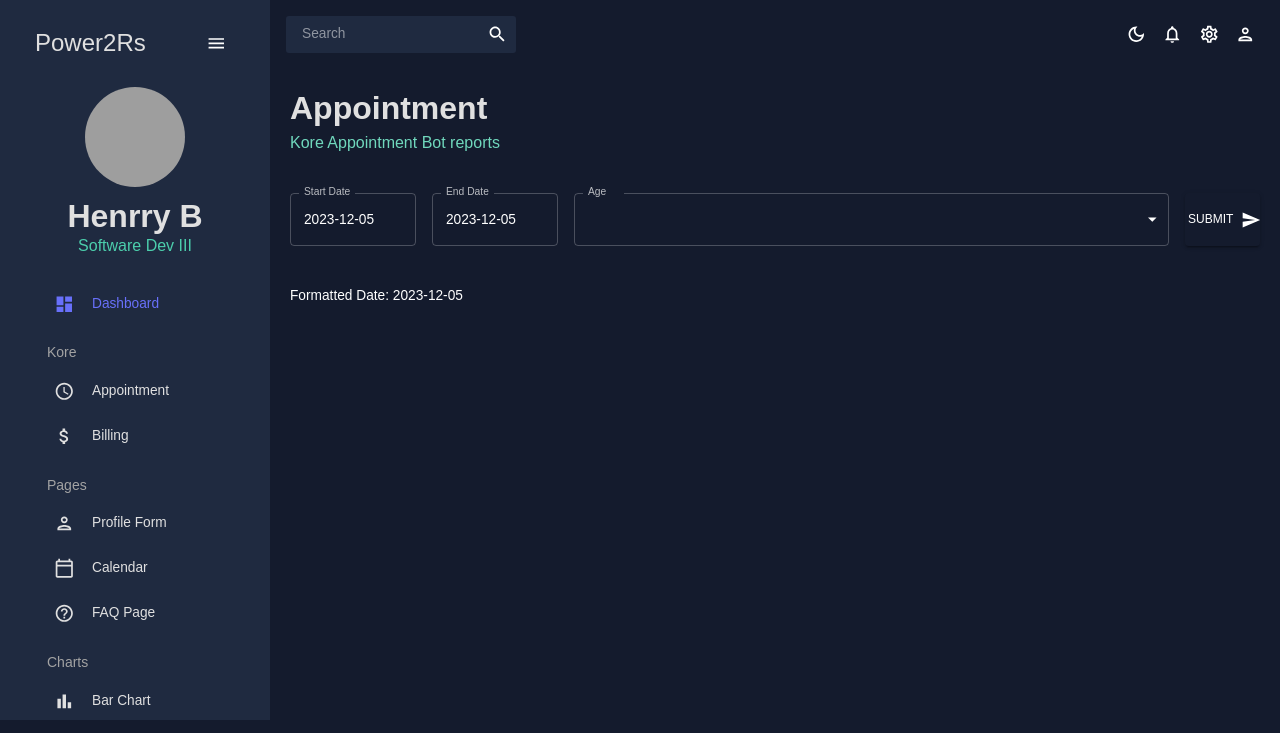
Repository: HenrryWith2Rs/reporthub
Page: /kore/appt (app in ui/)
An editor plug-in stored every save of this project. The page is shown before and after the next save, followed by the edit.
The browser window is 1280 px wide. The pictures show the whole page.
Pictures or frames that could not be fetched are drawn as grey boxes. The project was rebuilt for these pictures with package versions that can differ from the ones it lists, and the page was loaded fresh each time. Also part of the build but not shown: ui/vite.config.ts, ui/src/data/mockData.ts, ui/src/components/LineChart.tsx, ui/src/data/mockGeoFeatures.ts, ui/src/components/GeographyChart.tsx, ui/src/data/dataParser.ts, ui/src/components/BarChart.tsx, ui/src/components/ProgressCircle.tsx and 7 more.

Above is the page before, as saved 2023-12-06 19:10:52.

### ui/src/main.tsx
import React from 'react';
import ReactDOM from 'react-dom/client';
import { BrowserRouter } from 'react-router-dom';
import App from './App.tsx';
import './index.css';
import { LocalizationProvider } from '@mui/x-date-pickers';
import { AdapterDateFns } from '@mui/x-date-pickers/AdapterDateFns';
import { QueryClient, QueryClientProvider } from '@tanstack/react-query';
// import {ReactQueryDevtools} from "@tanstack/react-query-devtools"

const queryClient = new QueryClient();

ReactDOM.createRoot(document.getElementById('root')!).render(
  <React.StrictMode>
    <LocalizationProvider dateAdapter={AdapterDateFns}>
      <BrowserRouter>
        <QueryClientProvider client={queryClient}>
          <App />
        </QueryClientProvider>
      </BrowserRouter>
    </LocalizationProvider>
  </React.StrictMode>
);

### ui/src/App.tsx
import { Routes, Route } from 'react-router-dom';
import ThemeRegistry from './ThemeRegistry/ThemeRegistry';
import Topbar from './scenes/global/Topbar';
import Sidebar from './scenes/global/Sidebar';
import Dashboard from './scenes/dashboard';
import Appointment from './scenes/appointment';
import Bar from './scenes/bar';
import Pie from './scenes/pie';
import Line from './scenes/line';
import Geography from './scenes/geography';

function App() {
  return (
    <ThemeRegistry>
      <div className="app">
        <Sidebar />
        <main className="content">
          <Topbar />
          <Routes>
            <Route path="/" element={<Dashboard />} />
            <Route path="/kore/appt" element={<Appointment />} />
            <Route path="/bar" element={<Bar />} />
            <Route path="/pie" element={<Pie />} />
            <Route path="/line" element={<Line />} />
            <Route path="/geography" element={<Geography />} />
          </Routes>
        </main>
      </div>
    </ThemeRegistry>
  );
}

export default App;

### ui/src/index.css
@import url('https://fonts.googleapis.com/css2?family=Poppins:wght@300;400;500;600&family=Source+Code+Pro:wght@400;600;700&display=swap');

html,
body,
#root,
.app,
.content {
  height: 100%;
  width: 100%;
  font-family: 'Source Sans Pro', sans-serif;
}

.app {
  display: flex;
  position: relative;
}

::-webkit-scrollbar {
  width: 10px;
}

/* Track */
::-webkit-scrollbar-track {
  background: #e0e0e0;
}

/* Handle */
::-webkit-scrollbar-thumb {
  background: #888;
}

/* Handle on hover */
::-webkit-scrollbar-thumb:hover {
  background: #555;
}

### ui/src/ThemeRegistry/ThemeRegistry.tsx
import { ThemeProvider, CssBaseline } from '@mui/material';
import { ColorModeContext, useMode } from './theme';

export default function ThemeRegistry({
  children,
}: {
  children: React.ReactNode;
}) {
  const [theme, colorMode] = useMode();
  return (
    <ColorModeContext.Provider value={colorMode}>
      <ThemeProvider theme={theme}>
        {/* CssBaseline kickstart an elegant, consistent, and simple baseline to build upon. */}
        <CssBaseline />
        {children}
      </ThemeProvider>
    </ColorModeContext.Provider>
  );
}

### ui/src/scenes/global/Topbar.tsx
import { Box, IconButton, useTheme } from '@mui/material';
import { useContext } from 'react';
import { ColorModeContext, tokens } from '../../ThemeRegistry/theme';
import InputBase from '@mui/material/InputBase';
import LightModeOutlinedIcon from '@mui/icons-material/LightModeOutlined';
import DarkModeOutlinedIcon from '@mui/icons-material/DarkModeOutlined';
import NotificationsOutlinedIcon from '@mui/icons-material/NotificationsOutlined';
import SettingsOutlinedIcon from '@mui/icons-material/SettingsOutlined';
import PersonOutlinedIcon from '@mui/icons-material/PersonOutlined';
import SearchIcon from '@mui/icons-material/Search';

const Topbar = () => {
  const theme = useTheme();
  const colors = tokens(theme.palette.mode);
  const colorMode = useContext(ColorModeContext);

  return (
    <Box display="flex" justifyContent="space-between" p={2}>
      {/* SEARCH BAR */}
      <Box
        sx={{
          display: 'flex',
          backgroundColor: colors.primary[400],
          borderRadius: '3px',
        }}
      >
        <InputBase sx={{ ml: 2, flex: 1 }} placeholder="Search" />
        <IconButton type="button" sx={{ p: 1 }}>
          <SearchIcon />
        </IconButton>
      </Box>

      {/* ICONS */}
      <Box display="flex">
        <IconButton onClick={colorMode.toggleColorMode}>
          {theme.palette.mode === 'dark' ? (
            <DarkModeOutlinedIcon />
          ) : (
            <LightModeOutlinedIcon />
          )}
        </IconButton>
        <IconButton>
          <NotificationsOutlinedIcon />
        </IconButton>
        <IconButton>
          <SettingsOutlinedIcon />
        </IconButton>
        <IconButton>
          <PersonOutlinedIcon />
        </IconButton>
      </Box>
    </Box>
  );
};

export default Topbar;

### ui/src/scenes/global/Sidebar.tsx
import { useState } from 'react';
import { ProSidebar, Menu, MenuItem } from 'react-pro-sidebar';
import { Box, IconButton, Typography, useTheme } from '@mui/material';
import { Link } from 'react-router-dom';
import 'react-pro-sidebar/dist/css/styles.css';
import { tokens } from '../../ThemeRegistry/theme';
import DashboardIcon from '@mui/icons-material/Dashboard';
import AccessTimeIcon from '@mui/icons-material/AccessTime';
import AttachMoneyIcon from '@mui/icons-material/AttachMoney';

import PersonOutlinedIcon from '@mui/icons-material/PersonOutlined';
import CalendarTodayOutlinedIcon from '@mui/icons-material/CalendarTodayOutlined';
import HelpOutlineOutlinedIcon from '@mui/icons-material/HelpOutlineOutlined';
import BarChartOutlinedIcon from '@mui/icons-material/BarChartOutlined';
import PieChartOutlineOutlinedIcon from '@mui/icons-material/PieChartOutlineOutlined';
import TimelineOutlinedIcon from '@mui/icons-material/TimelineOutlined';
import MenuOutlinedIcon from '@mui/icons-material/MenuOutlined';
import MapOutlinedIcon from '@mui/icons-material/MapOutlined';

type ItemProps = {
  title: string;
  to: string;
  icon: JSX.Element;
  selected: string;
  setSelected: React.Dispatch<React.SetStateAction<string>>;
};

const Item: React.FC<ItemProps> = ({
  title,
  to,
  icon,
  selected,
  setSelected,
}) => {
  const theme = useTheme();
  const colors = tokens(theme.palette.mode);
  return (
    <MenuItem
      active={selected === title}
      style={{
        color: colors.grey[100],
      }}
      onClick={() => setSelected(title)}
      icon={icon}
    >
      <Typography>{title}</Typography>
      <Link to={to} />
    </MenuItem>
  );
};

const Sidebar = () => {
  const theme = useTheme();
  const colors = tokens(theme.palette.mode);
  const [isCollapsed, setIsCollapsed] = useState(false);
  const [selected, setSelected] = useState('Dashboard');

  return (
    <Box
      sx={{
        '& .pro-sidebar-inner': {
          background: `${colors.primary[400]} !important`,
        },
        '& .pro-icon-wrapper': {
          backgroundColor: 'transparent !important',
        },
        '& .pro-inner-item': {
          padding: '5px 35px 5px 20px !important',
        },
        '& .pro-inner-item:hover': {
          color: '#868dfb !important',
        },
        '& .pro-menu-item.active': {
          color: '#6870fa !important',
        },
      }}
    >
      <ProSidebar collapsed={isCollapsed}>
        <Menu iconShape="square">
          {/* LOGO AND MENU ICON */}
          <MenuItem
            onClick={() => setIsCollapsed(!isCollapsed)}
            icon={isCollapsed ? <MenuOutlinedIcon /> : undefined}
            style={{
              margin: '10px 0 20px 0',
              color: colors.grey[100],
            }}
          >
            {!isCollapsed && (
              <Box
                display="flex"
                justifyContent="space-between"
                alignItems="center"
                ml="15px"
              >
                <Typography variant="h3" color={colors.grey[100]}>
                  Power2Rs
                </Typography>
                <IconButton onClick={() => setIsCollapsed(!isCollapsed)}>
                  <MenuOutlinedIcon />
                </IconButton>
              </Box>
            )}
          </MenuItem>

          {!isCollapsed && (
            <Box mb="25px">
              <Box display="flex" justifyContent="center" alignItems="center">
                <img
                  alt="profile-user"
                  width="100px"
                  height="100px"
                  src={`../../assets/me.png`}
                  style={{ cursor: 'pointer', borderRadius: '50%' }}
                />
              </Box>
              <Box textAlign="center">
                <Typography
                  variant="h2"
                  color={colors.grey[100]}
                  fontWeight="bold"
                  sx={{ m: '10px 0 0 0' }}
                >
                  Henrry B
                </Typography>
                <Typography variant="h5" color={colors.greenAccent[500]}>
                  Software Dev III
                </Typography>
              </Box>
            </Box>
          )}

          <Box paddingLeft={isCollapsed ? undefined : '10%'}>
            <Item
              title="Dashboard"
              to="/"
              icon={<DashboardIcon />}
              selected={selected}
              setSelected={setSelected}
            />

            <Typography
              variant="h6"
              color={colors.grey[300]}
              sx={{ m: '15px 0 5px 20px' }}
            >
              Kore
            </Typography>
            <Item
              title="Appointment"
              to="/kore/appt"
              icon={<AccessTimeIcon />}
              selected={selected}
              setSelected={setSelected}
            />
            <Item
              title="Billing"
              to="/kore/bill"
              icon={<AttachMoneyIcon />}
              selected={selected}
              setSelected={setSelected}
            />

            <Typography
              variant="h6"
              color={colors.grey[300]}
              sx={{ m: '15px 0 5px 20px' }}
            >
              Pages
            </Typography>
            <Item
              title="Profile Form"
              to="/form"
              icon={<PersonOutlinedIcon />}
              selected={selected}
              setSelected={setSelected}
            />
            <Item
              title="Calendar"
              to="/calendar"
              icon={<CalendarTodayOutlinedIcon />}
              selected={selected}
              setSelected={setSelected}
            />
            <Item
              title="FAQ Page"
              to="/faq"
              icon={<HelpOutlineOutlinedIcon />}
              selected={selected}
              setSelected={setSelected}
            />

            <Typography
              variant="h6"
              color={colors.grey[300]}
              sx={{ m: '15px 0 5px 20px' }}
            >
              Charts
            </Typography>
            <Item
              title="Bar Chart"
              to="/bar"
              icon={<BarChartOutlinedIcon />}
              selected={selected}
              setSelected={setSelected}
            />
            <Item
              title="Pie Chart"
              to="/pie"
              icon={<PieChartOutlineOutlinedIcon />}
              selected={selected}
              setSelected={setSelected}
            />
            <Item
              title="Line Chart"
              to="/line"
              icon={<TimelineOutlinedIcon />}
              selected={selected}
              setSelected={setSelected}
            />
            <Item
              title="Geography Chart"
              to="/geography"
              icon={<MapOutlinedIcon />}
              selected={selected}
              setSelected={setSelected}
            />
          </Box>
        </Menu>
      </ProSidebar>
    </Box>
  );
};

export default Sidebar;

### ui/src/scenes/appointment/index.tsx
import { useState } from 'react';
import { useTheme, Box, Stack, Button } from '@mui/material';
import { tokens } from '../../ThemeRegistry/theme';
import Header from '../../components/Header';
import SendIcon from '@mui/icons-material/Send';
import { DatePicker } from '@mui/x-date-pickers/DatePicker';
import { format } from 'date-fns';
import {
  FormControl,
  FormLabel,
  FormControlLabel,
  RadioGroup,
  Radio,
} from '@mui/material';
import InputLabel from '@mui/material/InputLabel';
import MenuItem from '@mui/material/MenuItem';
import Select, { SelectChangeEvent } from '@mui/material/Select';
import { getLastNDays } from '../../utils/dateUtils';

const Appointment = () => {
  const theme = useTheme();
  const colors = tokens(theme.palette.mode);

  const [dateStart, setDateStart] = useState<Date | null>(new Date());
  const [dateEnd, setDateEnd] = useState<Date | null>(new Date());
  const [reportType, setReportType] = useState<string>('detailed');

  // const handleRadioChange = (event: React.ChangeEvent<HTMLInputElement>) => {
  //   setReportType(event.target.value);
  // };

  const handleSelectChange = (event: SelectChangeEvent) => {
    setReportType(event.target.value as string);
  };

  return (
    <Box m="20px">
      <Header title="Appointment" subtitle="Kore Appointment Bot reports" />
      <Box m="40px 0 0 0" height="75vh">
        <Stack direction="row" spacing={2}>
          <DatePicker
            label="Start Date"
            format="yyyy-MM-dd"
            value={dateStart}
            onChange={(newValue) => setDateStart(newValue)}
          />
          <DatePicker
            label="End Date"
            format="yyyy-MM-dd"
            value={dateEnd}
            onChange={(newValue) => setDateEnd(newValue)}
          />
          {/* <FormControl>
            <FormLabel>Report Type</FormLabel>
            <RadioGroup
              row
              name="row-radio-buttons-group"
              value={reportType}
              onChange={handleRadioChange}
            >
              <FormControlLabel
                value="detailed"
                control={<Radio color="success" />}
                label="detailed"
              />
              <FormControlLabel
                value="summary"
                control={<Radio color="success" />}
                label="summary"
              />
            </RadioGroup>
          </FormControl> */}
          <FormControl fullWidth>
            <InputLabel id="demo-simple-select-label">Age</InputLabel>
            <Select
              labelId="demo-simple-select-label"
              id="demo-simple-select"
              value={reportType}
              label="Report"
              onChange={handleSelectChange}
            >
              <MenuItem value={10}>Ten</MenuItem>
              <MenuItem value={20}>Twenty</MenuItem>
              <MenuItem value={30}>Thirty</MenuItem>
            </Select>
          </FormControl>
          <Button variant="contained" endIcon={<SendIcon />}>
            Submit
          </Button>
        </Stack>
        <Box m="40px 0 0 0" height="10vh">
          {dateStart && (
            <div>Formatted Date: {format(dateStart, 'yyyy-MM-dd')}</div>
          )}
        </Box>
      </Box>
    </Box>
  );
};

export default Appointment;

### ui/src/ThemeRegistry/theme.ts
import { createContext, useState, useMemo } from 'react';
import { Theme, createTheme } from '@mui/material/styles';

type Mode = 'dark' | 'light';

// color design tokens export
export const tokens = (mode: Mode) => ({
  ...(mode === 'dark'
    ? {
        grey: {
          100: '#e0e0e0',
          200: '#c2c2c2',
          300: '#a3a3a3',
          400: '#858585',
          500: '#666666',
          600: '#525252',
          700: '#3d3d3d',
          800: '#292929',
          900: '#141414',
        },
        primary: {
          100: '#d0d1d5',
          200: '#a1a4ab',
          300: '#727681',
          400: '#1F2A40',
          500: '#141b2d',
          600: '#101624',
          700: '#0c101b',
          800: '#080b12',
          900: '#040509',
        },
        greenAccent: {
          100: '#dbf5ee',
          200: '#b7ebde',
          300: '#94e2cd',
          400: '#70d8bd',
          500: '#4cceac',
          600: '#3da58a',
          700: '#2e7c67',
          800: '#1e5245',
          900: '#0f2922',
        },
        redAccent: {
          100: '#f8dcdb',
          200: '#f1b9b7',
          300: '#e99592',
          400: '#e2726e',
          500: '#db4f4a',
          600: '#af3f3b',
          700: '#832f2c',
          800: '#58201e',
          900: '#2c100f',
        },
        blueAccent: {
          100: '#e1e2fe',
          200: '#c3c6fd',
          300: '#a4a9fc',
          400: '#868dfb',
          500: '#6870fa',
          600: '#535ac8',
          700: '#3e4396',
          800: '#2a2d64',
          900: '#151632',
        },
      }
    : {
        grey: {
          100: '#141414',
          200: '#292929',
          300: '#3d3d3d',
          400: '#525252',
          500: '#666666',
          600: '#858585',
          700: '#a3a3a3',
          800: '#c2c2c2',
          900: '#e0e0e0',
        },
        primary: {
          100: '#040509',
          200: '#080b12',
          300: '#0c101b',
          400: '#f2f0f0', // manually changed
          500: '#141b2d',
          600: '#1F2A40',
          700: '#727681',
          800: '#a1a4ab',
          900: '#d0d1d5',
        },
        greenAccent: {
          100: '#0f2922',
          200: '#1e5245',
          300: '#2e7c67',
          400: '#3da58a',
          500: '#4cceac',
          600: '#70d8bd',
          700: '#94e2cd',
          800: '#b7ebde',
          900: '#dbf5ee',
        },
        redAccent: {
          100: '#2c100f',
          200: '#58201e',
          300: '#832f2c',
          400: '#af3f3b',
          500: '#db4f4a',
          600: '#e2726e',
          700: '#e99592',
          800: '#f1b9b7',
          900: '#f8dcdb',
        },
        blueAccent: {
          100: '#151632',
          200: '#2a2d64',
          300: '#3e4396',
          400: '#535ac8',
          500: '#6870fa',
          600: '#868dfb',
          700: '#a4a9fc',
          800: '#c3c6fd',
          900: '#e1e2fe',
        },
      }),
});

// mui theme settings
export const themeSettings = (mode: Mode) => {
  const colors = tokens(mode);
  return {
    palette: {
      mode: mode,
      ...(mode === 'dark'
        ? {
            // palette values for dark mode
            primary: {
              main: colors.primary[500],
            },
            secondary: {
              main: colors.greenAccent[500],
            },
            neutral: {
              dark: colors.grey[700],
              main: colors.grey[500],
              light: colors.grey[100],
            },
            background: {
              default: colors.primary[500],
            },
          }
        : {
            // palette values for light mode
            primary: {
              main: colors.primary[100],
            },
            secondary: {
              main: colors.greenAccent[500],
            },
            neutral: {
              dark: colors.grey[700],
              main: colors.grey[500],
              light: colors.grey[100],
            },
            background: {
              default: '#fcfcfc',
            },
          }),
    },
    typography: {
      fontFamily: ['Source Sans Pro', 'sans-serif'].join(','),
      fontSize: 12,
      h1: {
        fontFamily: ['Source Sans Pro', 'sans-serif'].join(','),
        fontSize: 40,
      },
      h2: {
        fontFamily: ['Source Sans Pro', 'sans-serif'].join(','),
        fontSize: 32,
      },
      h3: {
        fontFamily: ['Source Sans Pro', 'sans-serif'].join(','),
        fontSize: 24,
      },
      h4: {
        fontFamily: ['Source Sans Pro', 'sans-serif'].join(','),
        fontSize: 20,
      },
      h5: {
        fontFamily: ['Source Sans Pro', 'sans-serif'].join(','),
        fontSize: 16,
      },
      h6: {
        fontFamily: ['Source Sans Pro', 'sans-serif'].join(','),
        fontSize: 14,
      },
    },
  };
};

// context for color mode
export const ColorModeContext = createContext({
  toggleColorMode: () => {},
});

export const useMode = (): [Theme, { toggleColorMode: () => void }] => {
  const [mode, setMode] = useState<Mode>('dark');

  const colorMode = useMemo(
    () => ({
      toggleColorMode: () =>
        setMode((prev) => (prev === 'light' ? 'dark' : 'light')),
    }),
    []
  );

  const theme = useMemo(() => createTheme(themeSettings(mode)), [mode]);
  return [theme, colorMode];
};

### ui/src/components/Header.tsx
import { Typography, Box, useTheme } from '@mui/material';
import { tokens } from '../ThemeRegistry/theme';

type HeaderProps = {
  title: string;
  subtitle: string;
};

const Header = ({ title, subtitle }: HeaderProps) => {
  const theme = useTheme();
  const colors = tokens(theme.palette.mode);
  return (
    <Box mb="30px">
      <Typography
        variant="h2"
        color={colors.grey[100]}
        fontWeight="bold"
        sx={{ m: '0 0 5px 0' }}
      >
        {title}
      </Typography>
      <Typography variant="h5" color={colors.greenAccent[400]}>
        {subtitle}
      </Typography>
    </Box>
  );
};

export default Header;

Loaded but not shown: ui/index.html (common file)

After the next save:
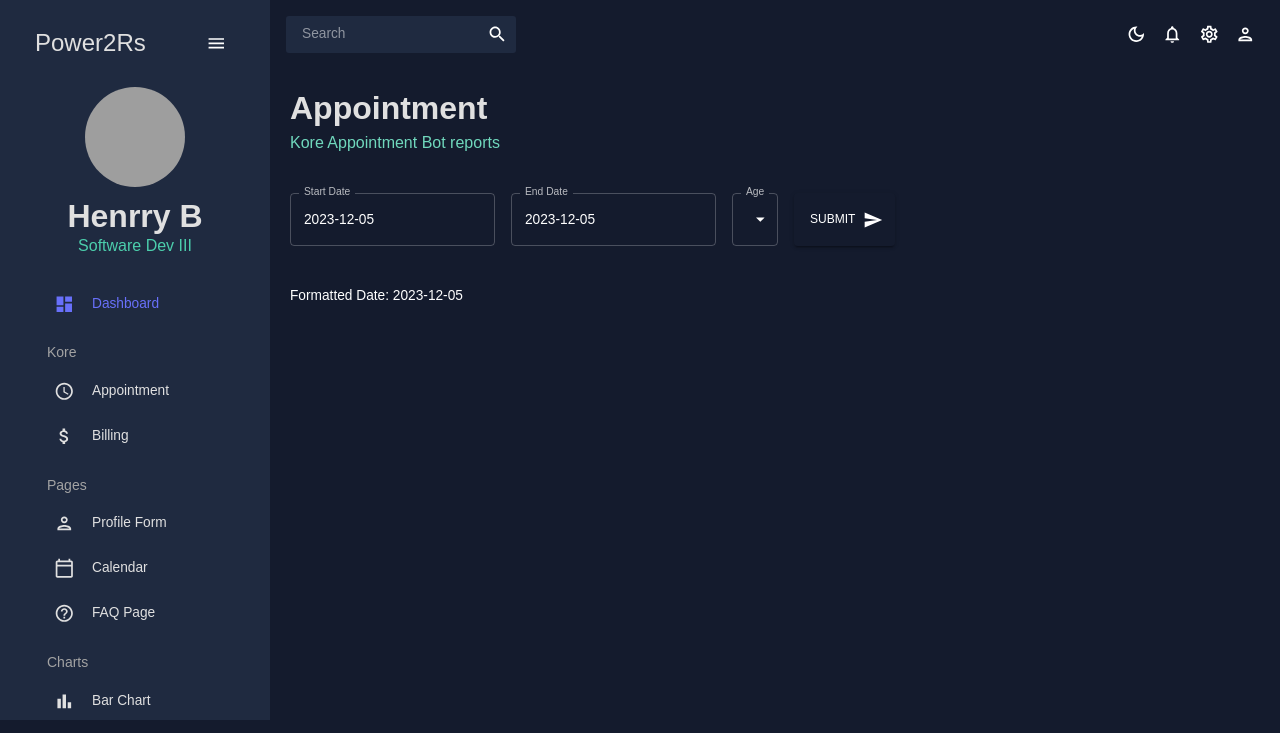
Saved 37 s later.
--- a/ui/src/scenes/appointment/index.tsx
+++ b/ui/src/scenes/appointment/index.tsx
@@ -70,7 +70,7 @@ const Appointment = () => {
               />
             </RadioGroup>
           </FormControl> */}
-          <FormControl fullWidth>
+          <FormControl>
             <InputLabel id="demo-simple-select-label">Age</InputLabel>
             <Select
               labelId="demo-simple-select-label"
